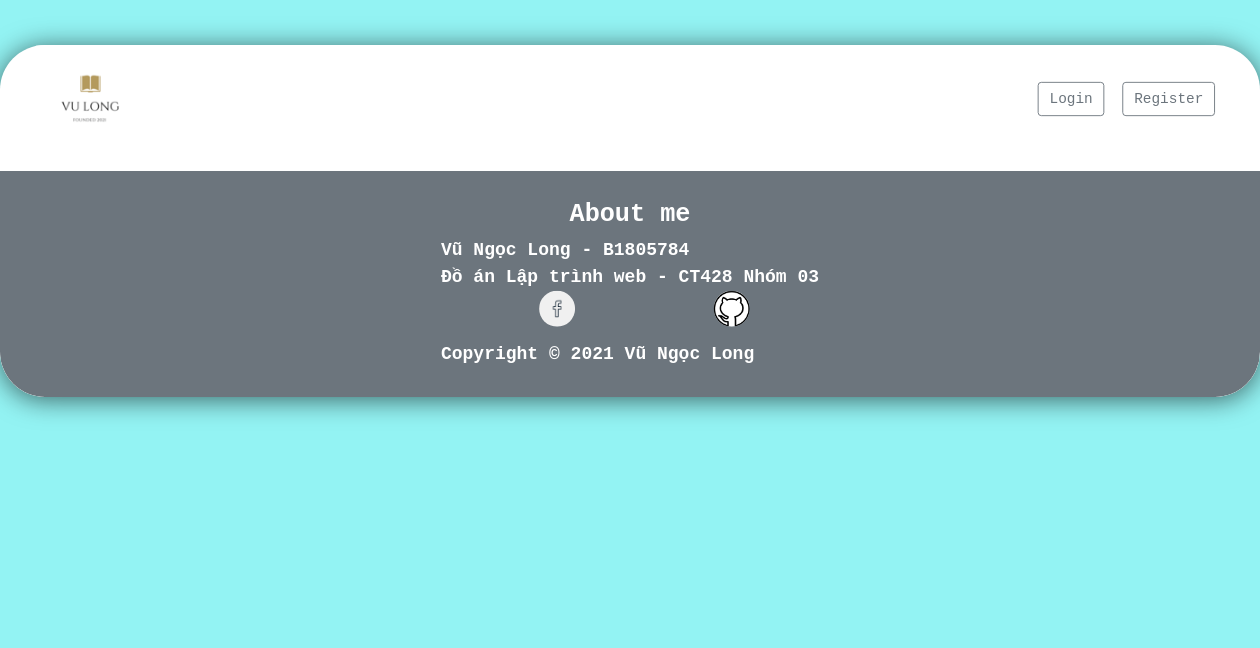
Repository: VuNgocLong2626/exercise_web_CT428
Page: VuNgocLongB1805784/user/giohang.html
An editor plug-in stored every save of this project. The page is shown before and after the next save, followed by the edit.
The browser window is 1280 px wide. The page is 1400 px wide, so the pictures cover 1400 px, including what lies to the right of the window. The pictures show the whole page, at 90% of full size.

Above is the page before, as saved 2021-10-05 12:06:19.

### VuNgocLongB1805784/user/giohang.html
<!DOCTYPE html>
<html lang="en">
<head>
    <meta charset="UTF-8">
    <meta http-equiv="X-UA-Compatible" content="IE=edge">
    <meta name="viewport" content="width=device-width, initial-scale=1.0">
    <link href="https://cdn.jsdelivr.net/npm/bootstrap@5.0.2/dist/css/bootstrap.min.css" rel="stylesheet" integrity="sha384-EVSTQN3/azprG1Anm3QDgpJLIm9Nao0Yz1ztcQTwFspd3yD65VohhpuuCOmLASjC" crossorigin="anonymous">
    <link rel="stylesheet" href="./css/test.css">
    <title>Chi Tiết Sản Phẩm</title>
</head>
<body>
    <div class="main-contens">
        <div class="header">
            <a href="#"><img src="./image/logo120.png" alt="hinh logo" style="margin-left: 40px;"></a>
            <div class="from-individual">
                <button type="button" class="btn btn-outline-secondary" style="margin-right: 20px;">Login</button>
                <button type="button" class="btn btn-outline-secondary">Register</button>
            </div>
        </div>

        <div class="all-cart">
            <div class="row">

            </div>
        </div>

        <footer>
            <h3 style="font-weight: bold;">About me</h3>
            <div class=>
                <div>Vũ Ngọc Long - B1805784
                    <br>
                    Đồ án Lập trình web - CT428 Nhóm 03
                </div>
                <ul style="list-style: none; display: flex;">
                    <li><a href="#" target="_blank"><img src="./image/fb.png" alt="Github icon" style="width: 40px;height: 40px; border-radius: 200px;"></a></li>
                    <li><a href="#" target="_blank"><img src="./image/github.png" alt="Linked icon" style="width: 40px;height: 40px; border-radius: 200px;"></a></li>
                </ul>
                <div>
                    Copyright © 2021 Vũ Ngọc Long
                </div>
            </div>
        </footer>
    </div>
</body>
</html>

### VuNgocLongB1805784/user/css/test.css
* {
    margin: 0;
    padding: 0;
    box-sizing: border-box;
  }

body{
    font-family: 'Courier New', Courier, monospace;
    /* font-family: 'Times New Roman', Times, serif; */
    background-color: rgb(147, 243, 243);
}

.main-contens{
    overflow: auto;
    display: block;
    width: 1400px;
    height: 100%;
    background-color: white;
    margin: 50px auto;
    border-radius: 50px;
    box-shadow:0 3px 30px 0 rgba(0, 0, 0, 0.6);
}

/* header{
    z-index: 1200;
    position: -webkit-sticky;
    position: sticky;
    background-color: red;
    width: 100%;
    height: 100px;
} */

.header{

    position: -webkit-sticky;
    position: sticky;
    height: 120px;
    width: 100%;
    /* background-color: brown;  */
    z-index: 3333;
    justify-content: space-between;
    display: flex;
    align-items: center;
    left: 0;
    top: 0;
}

.from-individual{
    justify-content: flex-end;
    display: flex;
    margin-right: 50px;
}

/* .fa{
    display: inline-block;
    font: normal normal normal 14px/1 FontAwesome;
    text-rendering: auto;
    -webkit-font-smoothing: antialiased;
}

.fa-login{
    content: "\f090";
} */

.login{
    padding: 10px;
}

.register{
    padding: 10px;
}

.main-contens .baner{
    display: flexbox;
    margin: auto;
    /* background: violet; */
    background-image: none;
    background-repeat: no-repeat;
    background-position: center center;
    background-size: cover;
    width: 95%;
    height: 484px;
    margin: auto;
    margin-top: 20px;

}
.baner img{
    box-shadow:0 3px 20px 0 rgba(0, 0, 0, 0.6);
    border-radius: 100px;
    display: block;
    width: 100%;
    height: 474px;
}


.selling-products{
    overflow: auto;
    margin-top: 20px;
    /*  background-color: lawngreen; */
    width: 100%;
    height: 450px;
    /* display: flex; */
}

.selling-products .selling{
    width: 47%;
    height: 320px;
    overflow: auto;
    background-color: #f1f1f1;
    margin: 10px auto;
    box-shadow:0 3px 10px 0 rgba(0, 0, 0, 0.6);
    border-radius: 20px;
    /* padding: 20px; */
    /* font-size: 30px; */
}

.row-style{
    width: 658px;
    height: 320px;
}

.selling-products .title{
    display: block;
    width: 100%;
    height: 15%;
    /* background-color: #f1f1f1; */
    margin: 10px auto;
    padding-left: 40px;
    font-size: 35px;
    font-weight: bold;
    color: #6c757d;

}

.information-hot{
    display: flex;
    width: 100%;
    height: 350px;
}

.title-hot{
    margin: 20px 0;
    font-size: 20px;
    font-weight: bold;
}

.content-hot{
    height: 210px;
    width: 360px;
    overflow: auto;
}

.btn-hot{
    margin: 0 60px;
    font-size: 18px;
    width: 200px;
}

.all-products{
    overflow: auto;
    margin-top: 40px;
    /* background-color: red; */
    width: 100%;
    height: 1500px;
}

.all-products nav{
    overflow: auto;
    margin-top: 10px;
    width: 100%;
    height: 50px;
    /* background-color: rgb(52, 226, 12); */
    display: flex;
    justify-content: center;
}

nav > button{
    margin: 0 20px;
}

.all-products .products{
    /* display: flexbox; */
    overflow: auto;
    width: 100%;
    height: 1400px;
    /* background-color: gold; */
    /* justify-items: center;
    align-content: center; */
    padding-left: 60px;
}

.books{
    overflow: auto;
    float: left;
    width: 22%;
    height: 420px;
    background-color: #f1f1f1;
    margin: 13px 13px;
    border-radius: 20px;
}

.books:hover{
    box-shadow:0 3px 10px 0 rgba(0, 0, 0, 0.6);
    border-radius: 20px;
}

footer{
    height: 251px;
    border-radius: 0 0 50px 50px;
    width: 100%;
    background-color: #6c757d;
    margin-top: 20px;
    padding: 30px 0;
    display: flex;
    flex-direction: column;
    justify-content: center;
    align-items: center;
    color: white;
    font-size: 20px;
    font-weight: bold;
}

footer li{
    margin: auto;
}

.from-detail{
    /* overflow: auto; */
    margin: auto;
    height: 100%;
    width: 60%;
    background-color: #f1f1f1;
    border-radius: 50px;
}

.from-detail:hover{
    box-shadow:0 3px 10px 0 rgba(0, 0, 0, 0.6);
}

After the next save:
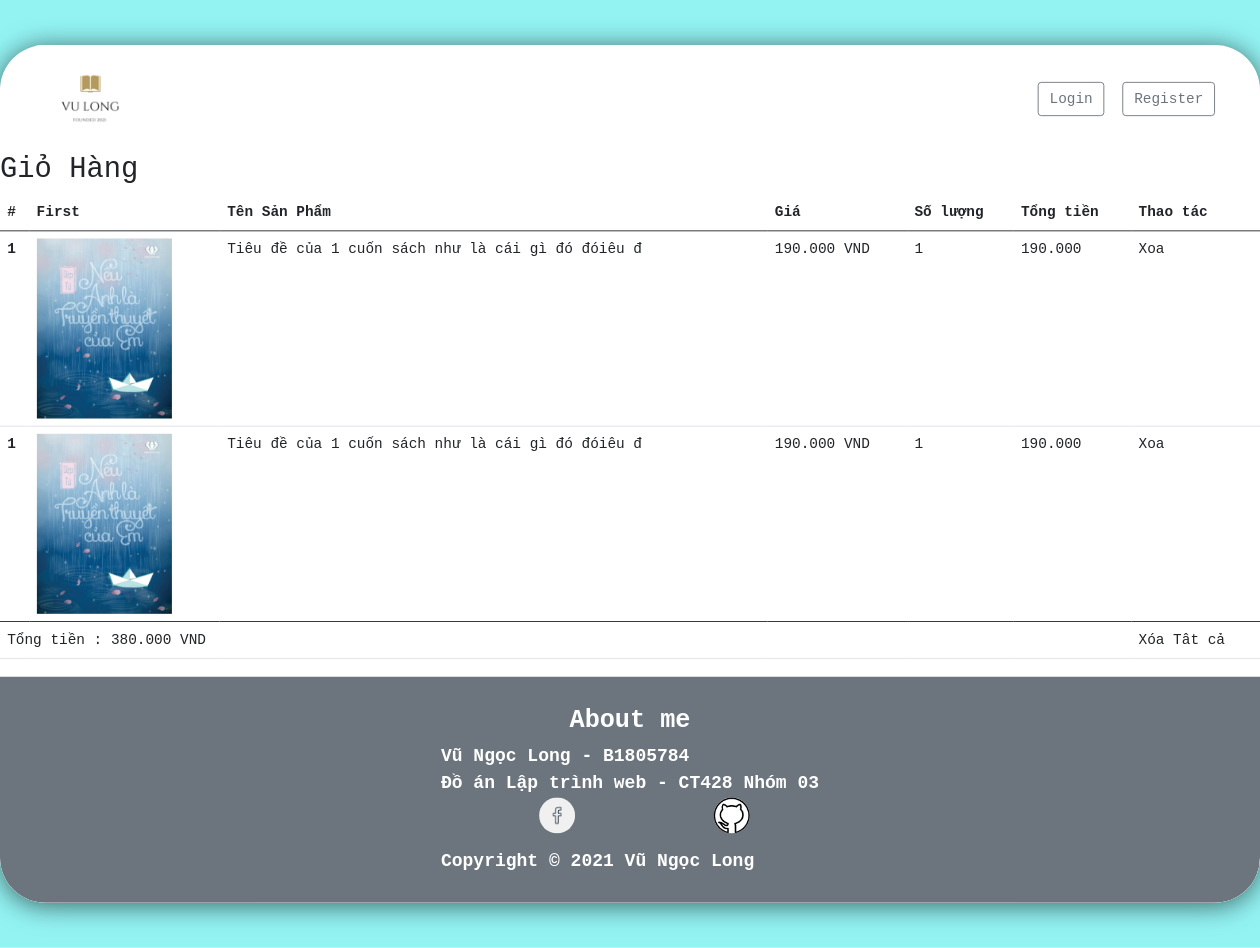
Saved 2 h 29 min later.
--- a/VuNgocLongB1805784/user/giohang.html
+++ b/VuNgocLongB1805784/user/giohang.html
@@ -19,9 +19,44 @@
         </div>
 
         <div class="all-cart">
-            <div class="row">
-
-            </div>
+            <h2>Giỏ Hàng</h2>
+            <table class="table">
+                <thead>
+                  <tr>
+                    <th scope="col">#</th>
+                    <th scope="col">First</th>
+                    <th scope="col">Tên Sản Phẩm</th>
+                    <th scope="col">Giá</th>
+                    <th scope="col">Số lượng</th>
+                    <th scope="col">Tổng tiền</th>
+                    <th scope="col">Thao tác</th>
+                  </tr>
+                </thead>
+                <tbody>
+                  <tr>
+                    <th scope="row">1</th>
+                    <td><img src="./image/TT1.jpg" style="width: 150px; height: 200px;" alt=""></td>
+                    <td>Tiêu đề của 1 cuốn sách như là cái gì đó đóiêu đ</td>
+                    <td>190.000 VND</td>
+                    <td>1</td>
+                    <td>190.000</td>
+                    <td>Xoa</td>
+                  </tr>
+                  <tr>
+                    <th scope="row">1</th>
+                    <td><img src="./image/TT1.jpg" style="width: 150px; height: 200px;" alt=""></td>
+                    <td>Tiêu đề của 1 cuốn sách như là cái gì đó đóiêu đ</td>
+                    <td>190.000 VND</td>
+                    <td>1</td>
+                    <td>190.000</td>
+                    <td>Xoa</td>
+                  </tr>
+                </tbody>
+                <tr>
+                    <td colspan="6">Tổng tiền : 380.000 VND</td>
+                    <td>Xóa Tât cả</td>
+                </tr>
+            </table>
         </div>
 
         <footer>
